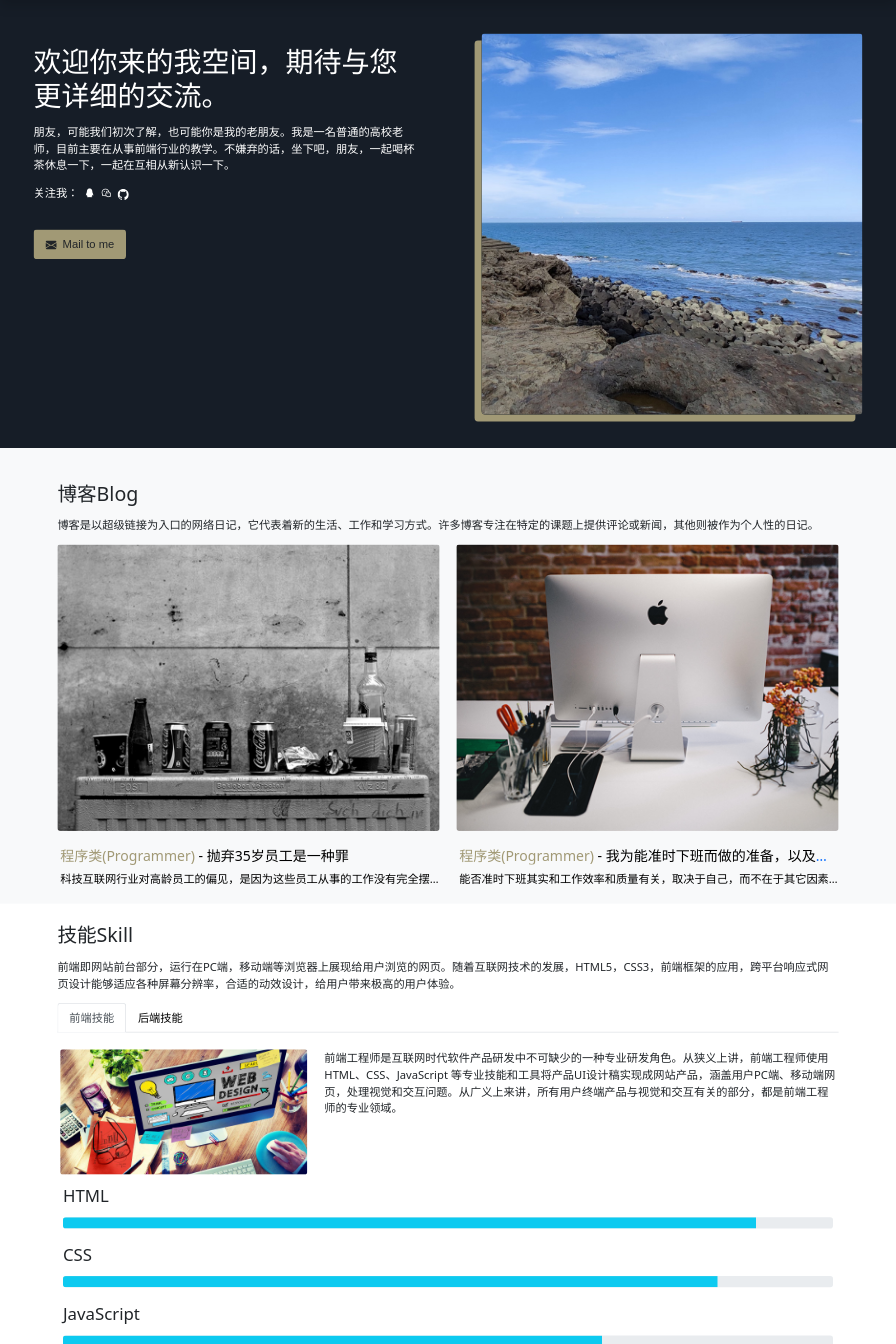
Repository: herjuandlonely/github.io
Page: index.html
An editor plug-in stored every save of this project. The page is shown before and after the next save, followed by the edit.
The browser window is 1280 px wide. The pictures show the part of the page from y = 0 to 1920 px (the page is 3812 px tall before and 3649 px after), at 70% of full size.

Above is the page before, as saved 2022-06-29 14:19:16.

### index.html
<!DOCTYPE html>
<html lang="en">
<head>
    <meta charset="UTF-8">
    <meta http-equiv="X-UA-Compatible" content="IE=edge">
    <meta name="viewport" content="width=device-width, initial-scale=1.0">
    <link rel="stylesheet" href="./bootstrap-4.6.1-dist/css/bootstrap.min.css">
    <link rel="stylesheet" href="./CSS/index.css">
    <link rel="stylesheet" href="./CSS/normalize.css">
    <link rel="stylesheet" href="./icon/font_3484823_t6q6q64gri/iconfont.css">
    <script src="./bootstrap-4.6.1-dist/js/bootstrap.bundle.min.js"></script>
    <title>Herju的个人网站</title>
</head>
<body class=" bg-light"  data-bs-spy="scroll" data-bs-target=".navbar">
    <!-- nav start -->
    <div class="container-fluid px-0 shadow navbarControl">
        <nav class="navbar navbar-expand-md navbar-dark navbarBg">
            <div class="container-fluid px-4">
                <a class="navbar-brand ms-4" herf="#">
                    Herju's Home
                </a>
                <button class="navbar-toggler" data-bs-toggle="collapse" data-bs-target="#foldBtn">
                    <span class="navbar-toggler-icon"></span>
                </button>
                <div class="collapse navbar-collapse" id="foldBtn">
                    <ul class="navbar-nav ms-auto me-4">
                        <li class="nav-item text-center">
                            <a class="nav-link fw-lighter" href="#bk">博客 Blog</a>
                        </li>
                        <li class="nav-item text-center">
                            <a class="nav-link fw-lighter" href="#jn">技能 Skill</a>
                        </li>
                        <li class="nav-item text-center">
                            <a class="nav-link fw-lighter" href="#ab">关于 About</a>
                        </li>
                        <li class="nav-item text-center">
                            <a class="nav-link fw-lighter" href="#lx">联系我 Call</a>
                        </li>
                    </ul>
                </div>
            </div>
        </nav>
    </div>
    <!-- nav end -->

    <!-- banner start -->
    <div class="container-fluid navbarBg">
        <div class="row">
            <div class="col-12 col-md-6 text-white p-5 pb-0 pb-md-5">
                <h1 style="font-size: 2.5rem;" class="my-3">欢迎你来的我空间，期待与您更详细的交流。</h1>
                <p class=" fw-lighter">朋友，可能我们初次了解，也可能你是我的老朋友。我是一名普通的高校老师，目前主要在从事前端行业的教学。不嫌弃的话，坐下吧，朋友，一起喝杯茶休息一下，一起在互相从新认识一下。</p>
                <ul class=" list list-unstyled d-flex align-items-center">
                    <li class="me-2">关注我：</li>
                    <li class="me-2 position-relative fs-6 banner-icon-qq">
                        <a href="#" class="text-white text-decoration-none">
                            <i class="iconfont icon-QQ"></i>
                        </a>
                        <img src="./image/QQ2.png" class="img-QQ">
                    </li>
                    <li class="me-2 position-relative fs-6 banner-icon-wx">
                        <a href="#" class="text-white text-decoration-none ">
                            <i class="iconfont icon-weixin"></i>
                        </a>
                        <img src="./image/wx2.png" class="img-WX">
                    </li>
                    <li class=" fs-6">
                        <a href="https://github.com/herjuandlonely" class="text-white text-decoration-none" target="_blank">
                            <svg xmlns="http://www.w3.org/2000/svg" width="16" height="16" fill="currentColor" class="bi bi-github" viewBox="0 0 16 16">
                                <path d="M8 0C3.58 0 0 3.58 0 8c0 3.54 2.29 6.53 5.47 7.59.4.07.55-.17.55-.38 0-.19-.01-.82-.01-1.49-2.01.37-2.53-.49-2.69-.94-.09-.23-.48-.94-.82-1.13-.28-.15-.68-.52-.01-.53.63-.01 1.08.58 1.23.82.72 1.21 1.87.87 2.33.66.07-.52.28-.87.51-1.07-1.78-.2-3.64-.89-3.64-3.95 0-.87.31-1.59.82-2.15-.08-.2-.36-1.02.08-2.12 0 0 .67-.21 2.2.82.64-.18 1.32-.27 2-.27.68 0 1.36.09 2 .27 1.53-1.04 2.2-.82 2.2-.82.44 1.1.16 1.92.08 2.12.51.56.82 1.27.82 2.15 0 3.07-1.87 3.75-3.65 3.95.29.25.54.73.54 1.48 0 1.07-.01 1.93-.01 2.2 0 .21.15.46.55.38A8.012 8.012 0 0 0 16 8c0-4.42-3.58-8-8-8z"/>
                            </svg>
                        </a>
                    </li>
                </ul>
                <button class="btn fw-lighter text-dark mt-4 mb-md-5 mb-0 btn-lg fs-6" style="background-color: #a19975;">
                    <svg xmlns="http://www.w3.org/2000/svg" width="16" height="16" fill="currentColor" class="bi bi-envelope-fill me-1" viewBox="0 0 16 16">
                        <path d="M.05 3.555A2 2 0 0 1 2 2h12a2 2 0 0 1 1.95 1.555L8 8.414.05 3.555ZM0 4.697v7.104l5.803-3.558L0 4.697ZM6.761 8.83l-6.57 4.027A2 2 0 0 0 2 14h12a2 2 0 0 0 1.808-1.144l-6.57-4.027L8 9.586l-1.239-.757Zm3.436-.586L16 11.801V4.697l-5.803 3.546Z"/>
                      </svg>
					Mail to me
                </button>
            </div>
            <div class="col-12 col-md-6 p-5 bannerImg d-flex justify-content-center">
                <img src="./image/IMG_20220625_204302.jpg" class=" img-fluid rounded-3">
            </div>
        </div>
    </div>
    <!-- banner start -->

    <!-- Blog start -->
    <div class="container pt-5 pb-2">
        <h3 id="bk">博客<span class=" fw-lighter">Blog</span></h3>
        <p class=" fw-lighter mt-3">
            博客是以超级链接为入口的网络日记，它代表着新的生活、工作和学习方式。许多博客专注在特定的课题上提供评论或新闻，其他则被作为个人性的日记。
        </p>
        <div class="row">
            <div class="col-md-6 col-12">
                <a href="https://www.cnblogs.com/zhengyun_ustc/p/35_years_old.html" class=" text-decoration-none blog-text" target="_blank">
                    <img src="./image/piqsels.com-id-fggmp.png" class=" w-100 rounded-2">
                    <h5 class=" mt-4 ms-1">
                        <span style="color: #a19975;">程序类(Programmer)</span><span class=" fw-normal blog-text-title"> - 抛弃35岁员工是一种罪</span>
                    </h5>
                    <p class="mt-2 ms-1 fw-lighter text-truncate">科技互联网行业对高龄员工的偏见，是因为这些员工从事的工作没有完全摆脱劳动密集型的本质。</p>
                </a>
            </div>
            <div class="col-md-6 col-12 mt-4 mt-md-0">
                <a href="https://www.cnblogs.com/JavaArchitect/p/11062713.html" class=" text-decoration-none blog-text" target="_blank">
                    <img src="./image/piqsels.com-id-szhul.png" class=" w-100 rounded-2">
                    <h5 class=" mt-4 ms-1 text-truncate">
                        <span style="color: #a19975;">程序类(Programmer)</span><span class=" fw-normal blog-text-title"> - 我为能准时下班而做的准备，以及由此的收获，同时总结下不足</span>
                    </h5>
                    <p class="mt-2 ms-1 fw-lighter text-truncate">能否准时下班其实和工作效率和质量有关，取决于自己，而不在于其它因素。</p>
                </a>
            </div>
        </div>
    </div>
    <!-- Blog start -->

    <!-- Skill start -->
    <div class="container-fluid bg-white pt-4 pb-5">
        <div class="container mt-1">
            <h3 id="jn">技能<span class=" fw-lighter">Skill</span></h3>
            <p class=" fw-lighter mt-3">
                前端即网站前台部分，运行在PC端，移动端等浏览器上展现给用户浏览的网页。随着互联网技术的发展，HTML5，CSS3，前端框架的应用，跨平台响应式网页设计能够适应各种屏幕分辨率，合适的动效设计，给用户带来极高的用户体验。
            </p>
            <!-- 选项卡 -->
            <nav class="nav nav-tabs navtab-text">
                <a href="#start-skill" class="nav-link active" data-bs-toggle="tab">前端技能</a>
                <a href="#end-skill" class="nav-link" data-bs-toggle="tab">后端技能</a>
            </nav>
            <div class="tab-content mt-4 px-1">
                <div class="tab-pane fade show active" id="start-skill">
                    <div class="row">
                        <div class="col-lg-4 col-12">
                            <img src="./image/src=http___inews.gtimg.com_newsapp_match_0_8574056547_0.jpg&refer=http___inews.gtimg.jpeg" class="w-100 rounded-2">
                        </div>
                        <div class="col-lg-8 col-12 mt-3 mt-lg-0">
                            <p>前端工程师是互联网时代软件产品研发中不可缺少的一种专业研发角色。从狭义上讲，前端工程师使用 HTML、CSS、JavaScript 等专业技能和工具将产品UI设计稿实现成网站产品，涵盖用户PC端、移动端网页，处理视觉和交互问题。从广义上来讲，所有用户终端产品与视觉和交互有关的部分，都是前端工程师的专业领域。</p>
                        </div>
                    </div>
                    <div class="px-1">
                        <h4 class="mt-3">HTML</h4>
                        <div class="progress mt-3">
                            <div class="progress-bar bg-info" style="width: 90%;"></div>
                        </div>
                        <h4 class="mt-4">CSS</h4>
                        <div class="progress mt-3">
                            <div class="progress-bar bg-info" style="width: 85%;"></div>
                        </div>
                        <h4 class="mt-4">JavaScript</h4>
                        <div class="progress mt-3">
                            <div class="progress-bar bg-info" style="width: 70%;"></div>
                        </div>
                        <h4 class="mt-4">jQuery</h4>
                        <div class="progress mt-3">
                            <div class="progress-bar bg-info" style="width: 80%;"></div>
                        </div>
                        <h4 class="mt-4">BootStrap</h4>
                        <div class="progress mt-3">
                            <div class="progress-bar bg-info" style="width: 80%;"></div>
                        </div>
                        <h4 class="mt-4">Vue</h4>
                        <div class="progress mt-3">
                            <div class="progress-bar bg-info" style="width: 60%;"></div>
                        </div>
                    </div>
                </div>
                <div class="tab-pane fade" id="end-skill">
                    <div class="row">
                        <div class="col-lg-4 col-12">
                            <img src="./image/piqsels.com-id-szhul.png" class="w-100 rounded-2">
                        </div>
                        <div class="col-lg-8 col-12 mt-3 mt-lg-0">
                            <p>后端工程师隶属于软件研发工程师，是从事软件开发相关工作人员，其主要职责是平台设计、接口设计和功能实现。后端的工程师只负责提供接口和数据,专注于业务逻辑的实现,前端取到数据后在浏览器中展示,各司其职。在公司内，主要的内容负责后台内容的编写。</p>
                        </div>
                    </div>
                    <div class="px-1">
                        <h4 class="mt-3">Node.JS</h4>
                        <div class="progress mt-3">
                            <div class="progress-bar bg-info" style="width: 80%;"></div>
                        </div>
                    </div>
                </div>
            </div>
        </div>
    </div>
    <!-- Skill end -->

    <!-- 关于我 start -->
    <div class="container-fluid bg-light my-5">
        <div class="container">
            <h3 id="ab">
                关于我<span class=" fw-lighter">About</span>
            </h3>
            <p class=" fw-lighter mt-3">
                个人简历是求职者给招聘单位发的一份简要介绍。包含自己的基本信息：姓名、性别、年龄、民族、籍贯、政治面貌、学历、联系方式，以及自我评价、工作经历、学习经历、荣誉与成就、求职愿望、对这份工作的简要理解等等。以简洁重点为最佳标准。
            </p>
            <div class=" w-100 p-5 bg-white border shadow mt-5 row ms-0">
                <div class="col-md-3 col-12 ">
                    <div class=" text-center">
                        <div class="w-100">
                            <img src="./image/psc.jpg" class=" w-50 rounded-3 shadow" />
                        </div>
                        <div class="badge rounded-pill bg-info">
                            前端工程师
                        </div>
                    </div>
                </div>
                <div class="col-md-9 col-12 mt-3 mt-md-0">
                    <h3 class=" text-center text-md-start">何亚Herju</h3>
                    <hr class=" mt-1 mb-2">
                    <p>
                        何亚，英文名Herju，一般通过转行前端工程师。
                        <br>
                        曾在百度、时趣、乐视等公司担任过高级前端（软件）开发工程师。后在北京一所当地大学任教，主要职务是教学主任。因为本身也是一名IT技术人员，所以非常关注网站制作与最新技术发展。
                        <br>
                        从2009年开始接触前端技术并时常的在一些地方发表一些技术研究文章。文章包含非常广泛，涉及新的一些JavaScript技术、新的CSS样式解析、小游戏开发。
                        <br>
                        精通UI设计、Node.JS、PHP、Python、SQL、前端开发多种技术，曾为百度七巧板框架的研发成员。曾参与数个超大规模数据挖掘技术、构建和运营、长期参与一线项目开发和项目管控，拥有企业级系统开发经验，对HTML5移动端互联网技术及生态体系有深刻理解，并且完成《北京CED互联网人才岗位技能蓝皮书》的前端部分的编写。
                    </p>
                </div>
            </div>
        </div>
    </div>
    <!-- 关于我 end -->

    <!-- 联系我 start -->
    <div class="container-fluid py-5 bg-white">
        <div class="container">
            <h3 id="lx">
                联系我<span class=" fw-lighter">Call</span>
            </h3>
            <p class=" fw-lighter mt-3 mb-5">
                我知道你一定有很多话想跟我说，无论是学习的，还是其他方面的，只要你有问题，就可以发送给我，我会尽可能与你联系。
            </p>
            <div class="row">
                <div class="col-12 col-md-5 order-2 order-md-0 mt-4 mt-md-0">
                    <div class=" d-none d-md-block">
                        <h5>发一封邮件试试</h5>
                        <span class=" fw-lighter">今天第一次刚认识我？没关系，我们已经是朋友了。发个邮件让我知道你来过了。</span>
                    </div>
                    <h5 class="mt-4 mt-md-5">联系方式</h5>
                    <b>Email:</b>
                    <span>1026275854@qq.com</span><br>
                    <b>Phone:</b>
                    <span>13724043160</span><br>
                    <b>QQ:</b>
                    <span>1026275854</span><br>
                    <b>微信:</b>
                    <span>13724043160</span>
                    <h5 class="mt-4">联系地址</h5>
                    <b>Office:</b>
                    <span>广东省湛江市霞山区</span>
                </div>
                <div class="col-md-7 col-12 border shadow">
                    <form>
                        <div class="row p-5">
                            <div class="col-12 d-block d-md-none mb-4">
                                <h5>发一封邮件试试</h5>
                                <span class=" fw-lighter">今天第一次刚认识我？没关系，我们已经是朋友了。发个邮件让我知道你来过了。</span>
                            </div>
                            <div class="col-6">
                                <label class=" form-label fw-lighter" for="firstNameIput">First Name<span class=" text-danger">*</span></label>
                                <input type="text" required class="form-control" id="firstNameIput" placeholder="First Name"/>
                                <label class=" form-label fw-lighter mt-4" for="email">Email:</label>
                                <input type="text" class="form-control" id="email" placeholder="Email"/>
                            </div>
                            <div class="col-6">
                                <label class=" form-label fw-lighter" for="lastNameIput">Last Name<span class=" text-danger">*</span></label>
                                <input type="text" required class="form-control" id="lastNameIput" placeholder="Last Name"/>
                                <label class=" form-label fw-lighter mt-4" for="phoneIput">Phone Number:</label>
                                <input type="text" class="form-control" id="phoneIput" placeholder="Last Name"/>
                            </div>
                            <div class="col-12 mt-4">
                                <label class=" form-label fw-lighter" for="msgIput">Message<span class=" text-danger">*</span></label>
                                <textarea class=" form-control" required id="msgIput"></textarea>
                                <button class="btn btn-dark mt-4 send" type="submit">发送邮件</button>
                            </div>
                        </div>
                    </form>
                </div>
            </div>
        </div>
    </div>
    <div class="alertAll d-none">
        <div class="alertNode d-block d-md-none">
            <div class="alert alert-dark m-0 p-0 alertNodeContent position-absolute translate-middle top-50 start-50 p-md-5 p-3  fade show alert-dismissible pb-md-3 pb-2 w-75">
                <h3 class=" lh-base mb-0">我已收到您宝贵的建议，非常感谢！</h3>
                <hr class=" m-md-3 m-2 mt-3 mt-md-5">
                <div class="row">
                    <div class="col-6 border-end border-secondary good">
                        <div class=" text-center fs-4 my-0">好的</div>
                    </div>
                    <div class="col-6 cancel">
                        <div class=" text-center fs-4 my-0">取消</div>
                    </div>
                </div>
            </div>
        </div>
        <div class="alertNode d-none d-md-block">
            <div class="alert alert-dark m-0 p-0 alertNodeContent position-absolute translate-middle top-50 start-50 p-md-5 p-3  fade show alert-dismissible">
                <button class=" btn-close d-none d-md-block" data-bs-dismiss="alert"></button>
                <h3 class=" lh-base mb-0">我已收到您宝贵的建议，非常感谢！</h3>
            </div>
        </div>
    </div>
    <!-- 联系我 end -->

    <!-- footer start -->
    <div class="container-fluid navbarBg py-5">
        <div class="container">
            <div class="row">
                <div class="col-md-3 col-12 text-center text-md-start">
                    <ul class=" list-unstyled text-light">
                        <li class=" fw-bold">服务器端支持</li>
                        <li class="mt-2 fw-light"><small>Web端支持</small></li>
                        <li class=" fw-light"><small>Phone端支持</small></li>
                    </ul>
                </div>
                <div class="col-md-3 col-12 text-center text-md-start">
                    <ul class=" list-unstyled text-light">
                        <li class=" fw-bold">功能性模块</li>
                        <li class="mt-2 fw-light"><small>博客Blog</small></li>
                        <li class=" fw-light"><small>技能Skill</small></li>
                        <li class=" fw-light"><small>关于About</small></li>
                        <li class=" fw-light"><small>联系我Call</small></li>
                    </ul>
                </div>
                <div class="col-md-3 col-12 text-center text-md-start">
                    <ul class=" list-unstyled text-light">
                        <li class=" fw-bold">技能支持</li>
                        <li class="mt-2 fw-light"><small>Web前端技术</small></li>
                        <li class=" fw-light"><small>PhotoShop</small></li>
                        <li class=" fw-light"><small>BootStrap 5</small></li>
                    </ul>
                </div>
                <div class="col-md-3 col-12 text-center text-md-start">
                    <ul class=" list-unstyled text-light">
                        <li class=" fw-bold">Herju's Home</li>
                        <li class="mt-2 fw-light"><small>何亚耗时5小时完成的个人网站，希望大家喜欢，这是一个非常不错的项目练习。</small></li>
                    </ul>
                </div>
                <div class="col-12 text-center text-light mt-3">
                    <span>此网站由 何亚Herju © 1997-2022 版权所有</span>
                    <br>
                    <span>工业和信息化部备案管理系统网站</span>
                </div>
            </div>

        </div>
    </div>
    <!-- footer end -->

    <script src="./JS/index.js"></script>
</body>
</html>

### CSS/index.css
.navbarBg{
    background-color: #161d27;
}
.img-QQ{
    width: 10rem;
    height: 10rem;
    position: absolute;
    left: -73px;
    top: 25px;
    display: none;
}
.img-WX{
    width: 10rem;
    height: 10rem;
    position: absolute;
    left: -73px;
    top: 25px;
    display: none;
}
.img-QQ.d-show{
    display: block;
}
.img-WX.d-show{
    display: block;
}
.bannerImg img{
    box-shadow: -10px 10px 0px #a19975;
}
.blog-text-title{
    color: black;
}
.blog-text:hover .blog-text-title{
    color: blue;
}
.blog-text p{
    color: #000;
}
.blog-text:hover p{
    color: blue;
}
.navtab-text a{
    color: #000;
}
.alertNode{
    position: fixed;
    top: 0;
    bottom: 0;
    left: 0;
    right: 0;
    background-color: rgba(0, 0, 0, .7);
    z-index: 999;
}
.alertNode .good{
    cursor: pointer;
}
.alertNode .cancel{
    cursor: pointer;
}
.navbarControl{
    transition: .3s;
    position: fixed;
    top: 0;
    left: 0;
    z-index: 999;
}
.navbarControl.showAndHide{
    top: -56px;
}

### icon/font_3484823_t6q6q64gri/iconfont.css
@font-face {
  font-family: "iconfont"; /* Project id 3484823 */
  src: url('iconfont.woff2?t=1656149880118') format('woff2'),
       url('iconfont.woff?t=1656149880118') format('woff'),
       url('iconfont.ttf?t=1656149880118') format('truetype');
}

.iconfont {
  font-family: "iconfont" !important;
  font-size: 16px;
  font-style: normal;
  -webkit-font-smoothing: antialiased;
  -moz-osx-font-smoothing: grayscale;
}

.icon-QQ:before {
  content: "\e882";
}

.icon-weixin:before {
  content: "\e8bb";
}

Loaded but not shown: bootstrap-4.6.1-dist/css/bootstrap.min.css (library); CSS/normalize.css (library); bootstrap-4.6.1-dist/js/bootstrap.bundle.min.js (library); JS/index.js (97 lines, source omitted)

After the next save:
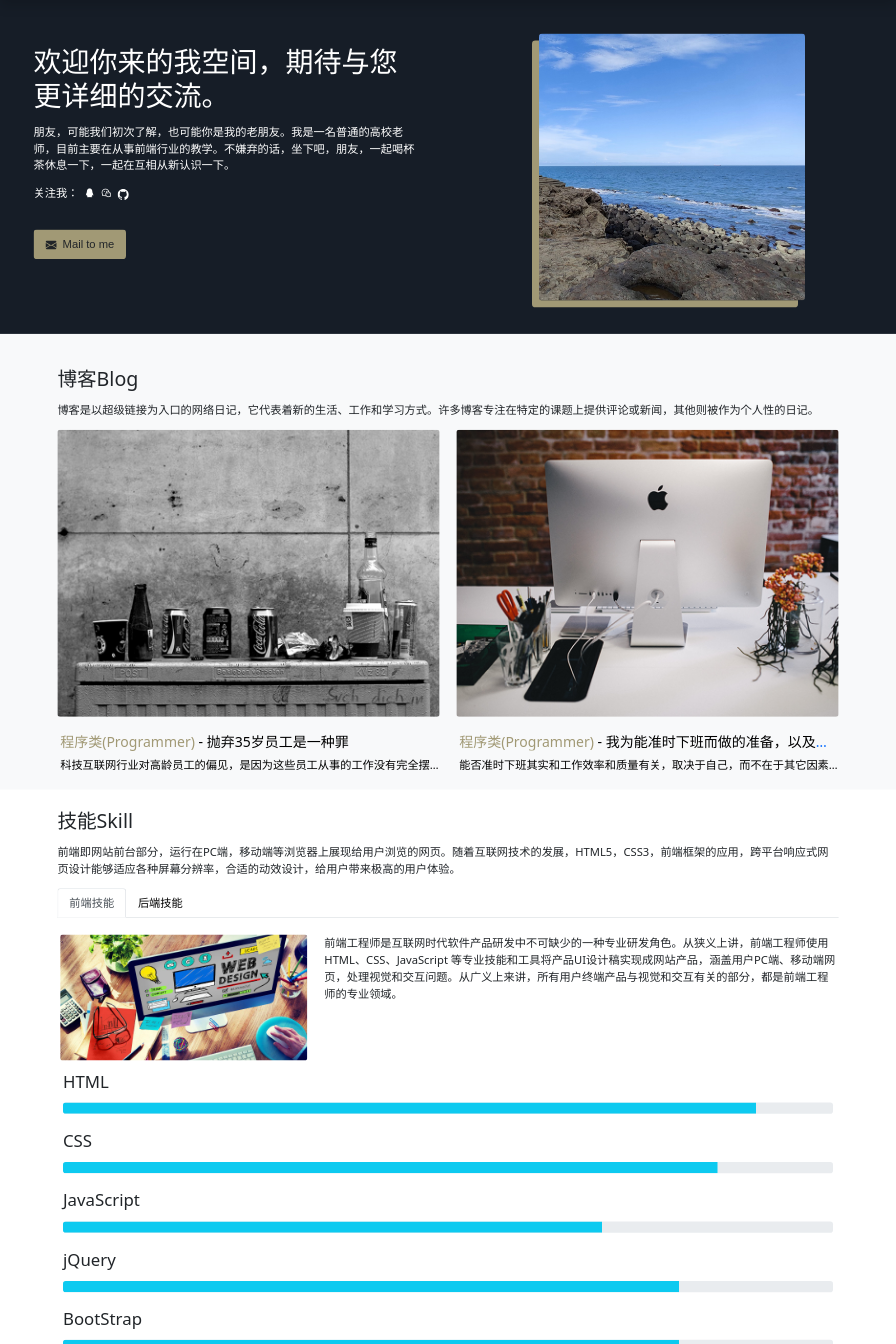
Saved 24 s later.
--- a/index.html
+++ b/index.html
@@ -79,7 +79,7 @@
                 </button>
             </div>
             <div class="col-12 col-md-6 p-5 bannerImg d-flex justify-content-center">
-                <img src="./image/IMG_20220625_204302.jpg" class=" img-fluid rounded-3">
+                <img src="./image/IMG_20220625_204302.jpg" class=" img-fluid rounded-3" style="width: 70%;">
             </div>
         </div>
     </div>
